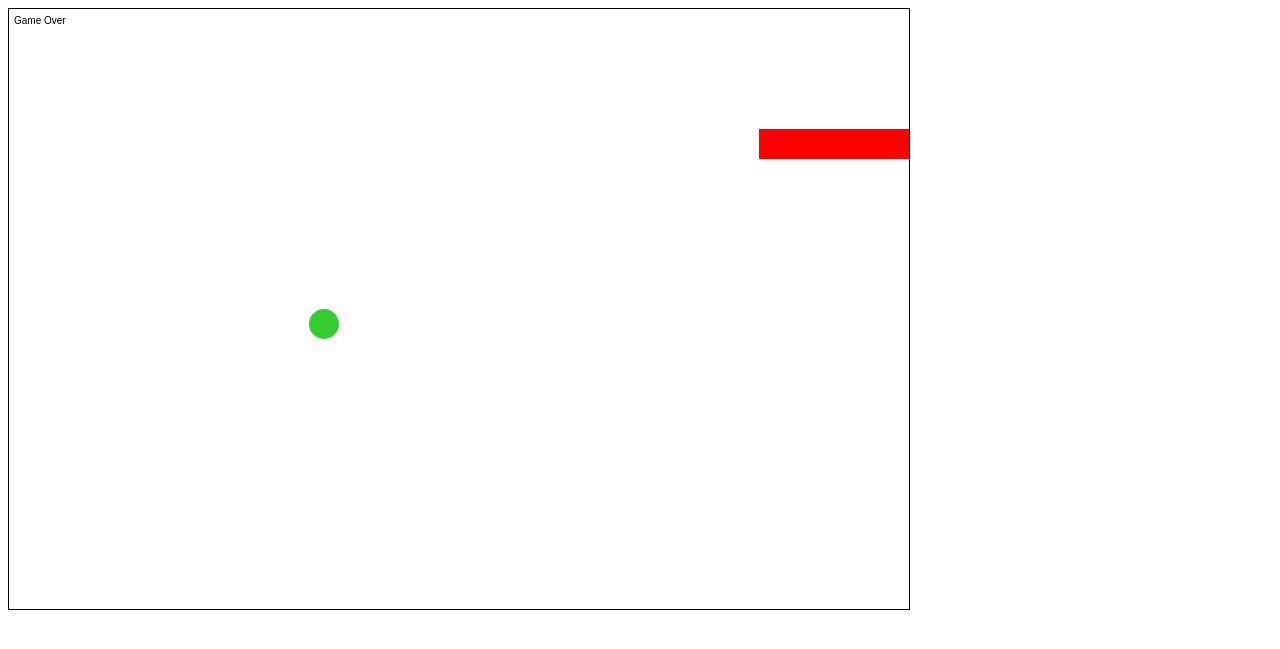
Repository: 0Memo/serpent
Page: index.html
The author's editor kept a copy of each file at every save. The page is drawn from the files as they stood at one save, then again after the next save.
The browser window is 1280 px wide. The pictures show the whole page.

Above is the page before, as saved 2020-12-16 21:56:23.

After the next save:
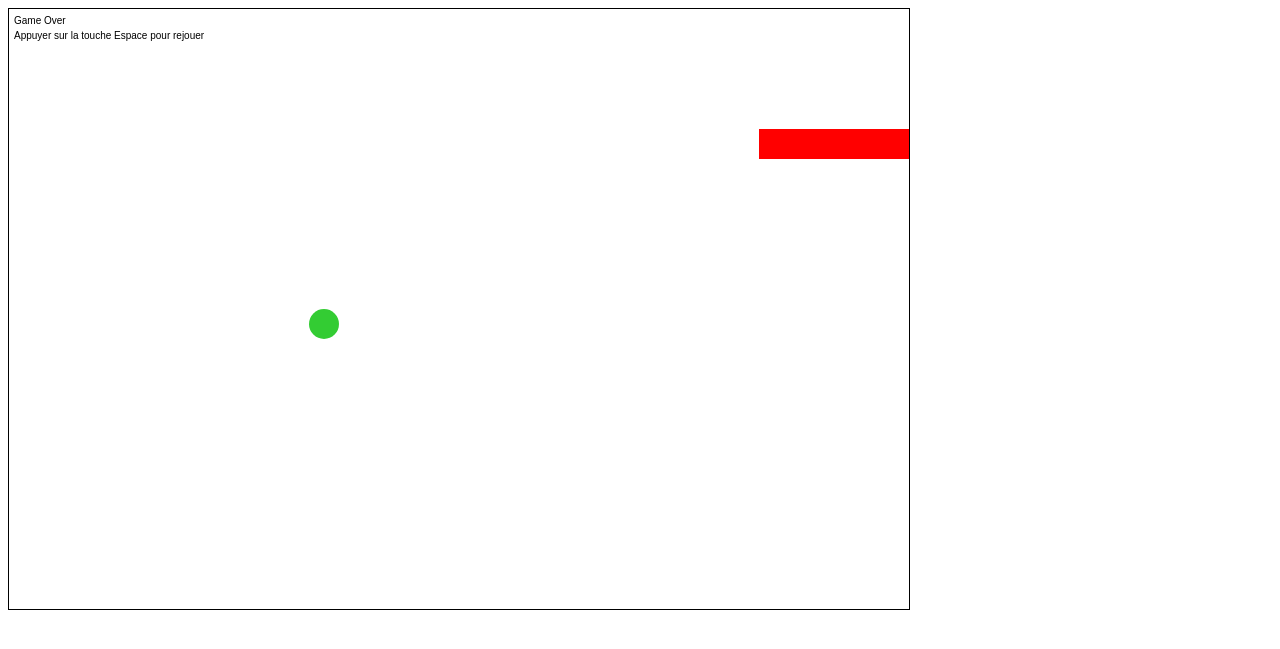
Saved 56 s later.
--- a/js/script.js
+++ b/js/script.js
@@ -51,6 +51,7 @@ window.onload = function(){
     {
         ctx.save();
         ctx.fillText("Game Over", 5, 15);
+        ctx.fillText("Appuyer sur la touche Espace pour rejouer", 5, 30);
         ctx.restore();
     }
     function drawBlock(ctx, position){
